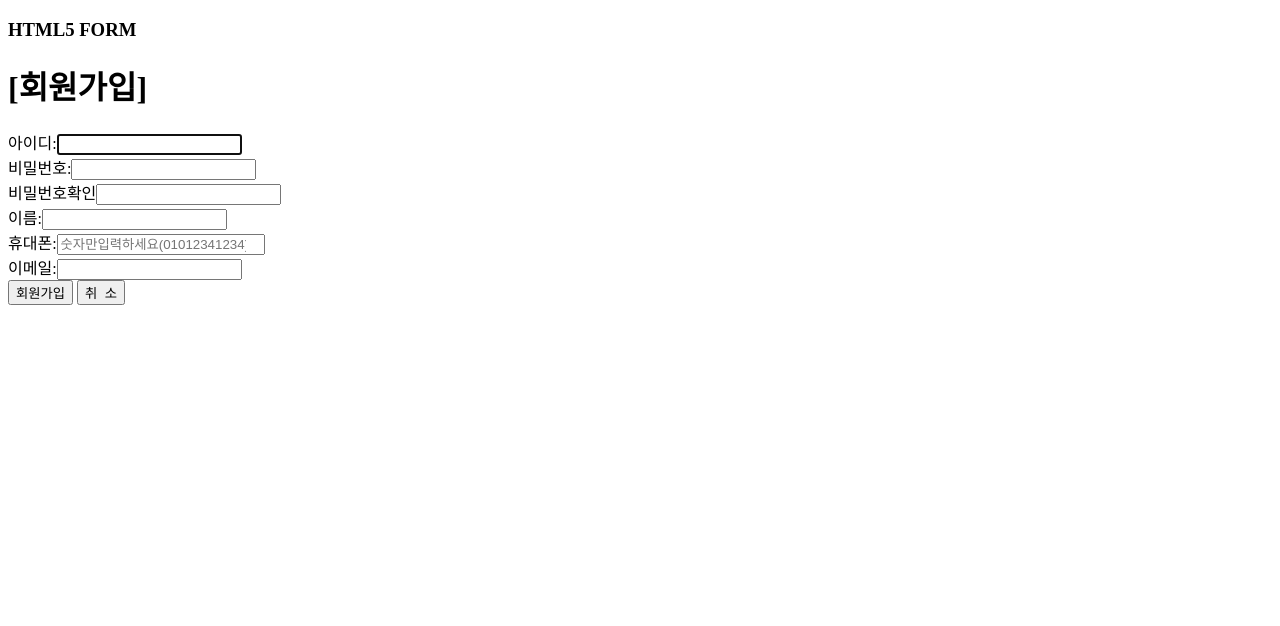
Repository: helloJunejun/WorkSpace_WebUi
Page: 0.3html5_form/src/main/webapp/sample_html5-1.html
These files come from the project's save history. The page is drawn as it stood at one moment and after the next save; the edit follows.
The browser window is 1280 px wide. The pictures show the whole page.

Above is the page before, as saved 2021-06-24 05:56:32.

After the next save:
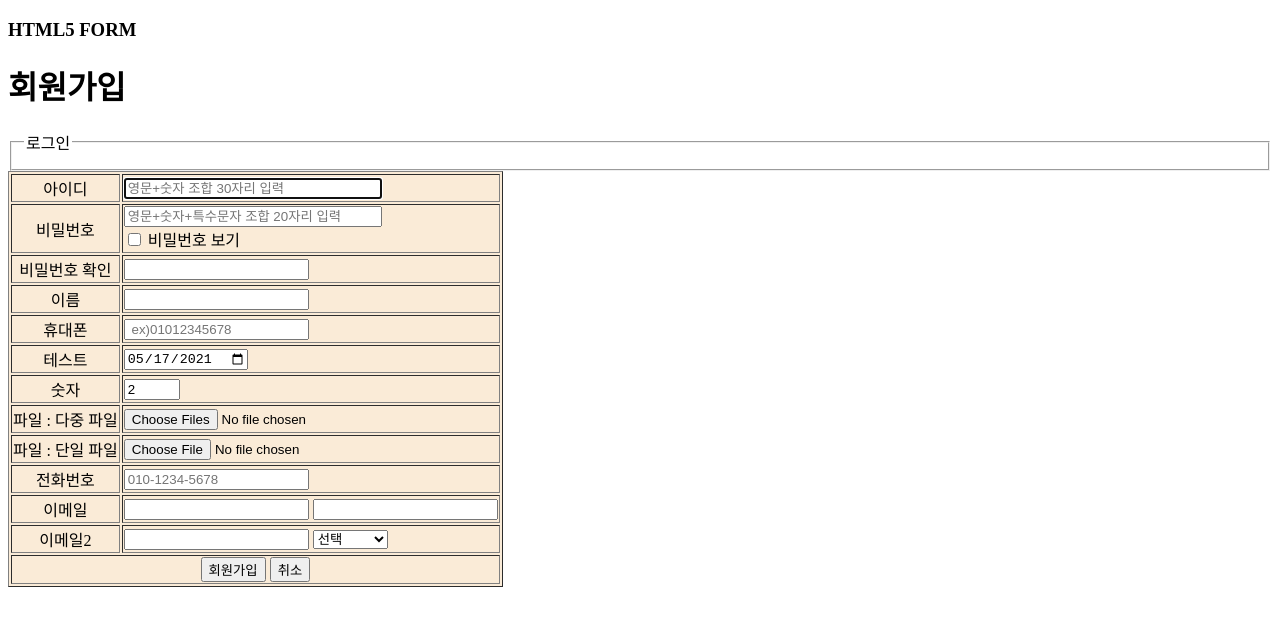
Saved 111 min 35 s later.
--- a/0.3html5_form/src/main/webapp/sample_html5-1.html
+++ b/0.3html5_form/src/main/webapp/sample_html5-1.html
@@ -1,36 +1,134 @@
-<!DOCTYPE html>
+<!DOCTYPE html PUBLIC "-//W3C//DTD HTML 4.01 Transitional//EN" "http://www.w3.org/TR/html4/loose.dtd">
 <html>
 <head>
-<meta charset="UTF-8">
+<meta http-equiv="Content-Type" content="text/html; charset=UTF-8">
 <title>HTML5 FORM 예제</title>
 </head>
 <body>
-<h3>HTML5 FORM</h3>
-<form action="" method="get">
-<h1>[회원가입]</h1>
-	<form action="result.html" method="post">
-		아이디:<input type="text" name="memberId"
-				autofocus="autofocus"
-				required="required"><br>
-		비밀번호:<input type="password" name="memberPw"
-				required="required"><br>
-		비밀번호확인<input type="password" name="memberPw"
-				required="required"><br>
-		이름:<input type="text" name="name"
-				required="required"><br>
-		휴대폰:<input type="number" name="mobile"
-				required="required"
-				placeholder="숫자만입력하세요(01012341234)"
-				style="width:200px;"><br>
-		이메일:<input type="text" name="email"
-				required="required"><br>
+   <h3>HTML5 FORM</h3>
+
+   <form action="" method="get">
+      <h1>회원가입</h1>
 
 
-		<input type="submit" value="회원가입">
-		<input type="reset" value="취  소">
+      <table border="1" cellspacing="2px" cellpading="5px" bgcolor="AntiqueWhite">
+            <form action = "result.html" method = "post">
+            <fieldset>
+                <legend>로그인</legend>
+                     <!-- 아이디 -->
+
+                     <tr>
+                        <td align="center">아이디</td>
+                        <td>
+                           <input type = "text" name="memberId" autofocus="autofocus" "
+                           placeholder="영문+숫자 조합 30자리 입력" style="width:250px"
+                           pattern="[A-Za-z0-9!@.]{6,30}">
+                        </td>
+                     </tr>
+
+                     <tr>
+                        <td align="center">비밀번호</td>
+                        <td>
+                           <input type = "password" name="memberPw"   placeholder="영문+숫자+특수문자 조합 20자리 입력"
+                           style="width:250px"> <br>
+                           <input type = "checkbox" name="visiblePw">   비밀번호 보기
+                        </td>
+                     </tr>
+                    </fieldset>
+
+                     <tr>
+                        <td align="center">비밀번호 확인</td>
+                        <td><input type = "password" name="memberPwConfirm"  ></td>
+                     </tr>
+
+                     <tr>
+                        <td align="center">이름</td>
+                        <td><input type = "password" name="name"  required = "requirde" ></td>
+                     </tr>
+
+                     <tr>
+                        <td align="center">휴대폰</td>
+                        <td>
+                           <input type = "password" name="mobile"  placeholder=" ex)01012345678">
+                        </td>
+                     </tr>
+
+                     <tr>
+                        <td align="center">테스트 </td>
+                        <td>
+                           <input type = "date" name="date" " value="2021-05-17" >
+                        </td>
+                     </tr>
 
 
-	</form>
-</form>
+                     <tr>
+                        <td align="center">숫자 </td>
+                        <td>
+                           <input type = "number" name="date" value="2"  min="2" max="10" step="2">
+                        </td>
+                     </tr>
+
+                     <tr>
+                        <td align="center">파일 : 다중 파일</td>
+                        <td>
+                           <input type = "file" name="file"  multiple="multiple">
+                        </td>
+                     </tr>
+
+                     <tr>
+                        <td align="center">파일 : 단일 파일</td>
+                        <td>
+                           <input type = "file" name="file" >
+                        </td>
+                     </tr>
+
+                     <tr>
+                        <td align="center">전화번호</td>
+                        <td>
+                           <input type = "mobile" name="mobile"
+                           placeholder="010-1234-5678" pattern="(010/02/031/051)-\d{3,4}-\d{4}">
+                        </td>
+                     </tr>
+
+                     <tr>
+                        <td align="center">이메일 </td>
+                        <td>
+                           <input type = "text" name="email1" >
+                           <input type = "text" name="email2"  >
+                        </td>
+                     </tr>
+
+                     <tr>
+                        <td align="center">이메일2</td>
+                        <td>
+                           <input type = "text" name="email2">
+
+                           <select name = "selectEmail">
+                              <option value = "none"> 선택 </option>
+                              <option value = "@naver.com"> 네이버 </option>
+                              <option value = "@gmail.com"> 구글 </option>
+                              <option value = "@daum.net"> 다음 </option>
+                              <option value = "userInput"> 직접 입력 </option>
+                           </select>
+                        </td>
+                     </tr>
+
+
+                     <tr>
+                        <td align="center" colspan="2" align="center">
+                           <input type = "submit" value = "회원가입" >
+                           <input type = "reset" value = "취소">
+                        </td>
+                     </tr>
+
+
+               </form>
+         </table>
+
+
+
+
+   </form>
+
 </body>
 </html>
